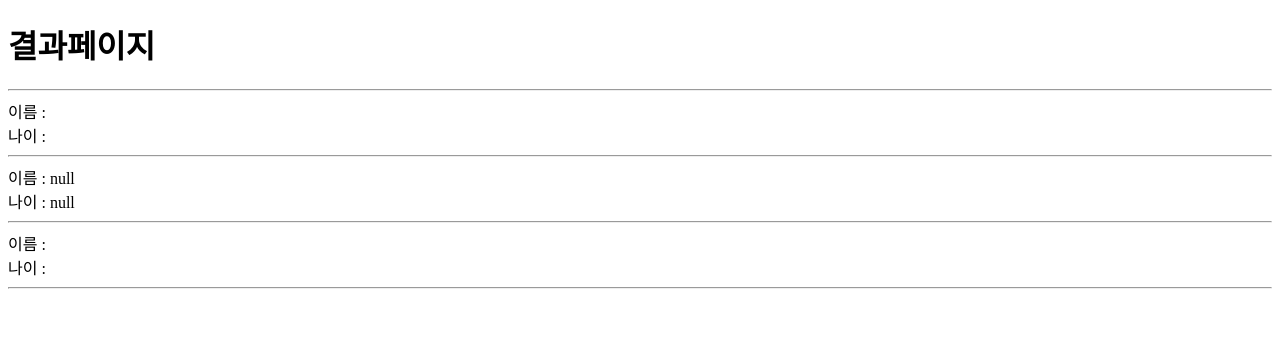
Repository: Cyoungju/workspace
Page: http://localhost/test/result
These files come from the project's save history. The page is drawn as it stood at one moment and after the next save; the edit follows.
The browser window is 1280 px wide. The pictures show the whole page.
The page is served by Tomcat 9. Other server files are loaded and not shown.

Above is the page before, as saved 2024-01-31 06:36:39.

### ws-jsp-servlet/test/src/main/webapp/result.jsp
<%@ page language="java" contentType="text/html; charset=UTF-8"
    pageEncoding="UTF-8"%>
<%
	// 자바코드를 넣어줘도됨 - 위치는 상관없음

	String name = request.getParameter("name");
	String age = request.getParameter("age");
	// <%= 변수이름(값)을 넣을때는 이렇게 변수를 만들어줘야함

	pageContext.setAttribute("name", name); // 속성값설정 - 키벨류 형태
	pageContext.setAttribute("age", age);
	// ${속성이름}= 내가정해준이름으로 데이터를 정의해주고 불러올수있음

	// pageContext
	// 페이지마다(파일마다) 저장소가 있음 - 페이지를 벗어나면 데이터가 사라짐
	// 페이지 전용저장소

	// 4대저장소
	// pageContext(페이지저장소)
	// sesstion(연결상태 - 브라우저 끄기 전까지는 유지가됨)
	// application(서비스를이용하는 모든사람들이 이용하는 공간 - 서버 돌아가는동안은 계속 유지됨)
	// ** request() - 요청이 이루어질동안유효함 - request.getRequestDispatcher("result.jsp").forward(request, response);
	// 로그인데이터 - 세션영역에 저장하는게 좋음
%>
<!DOCTYPE html>
<html>
<head>
<meta charset="UTF-8">
<title>Insert title here</title>
</head>
<body>
	<h1>결과페이지</h1>
	<hr>
	이름 : ${param.name}<br>
	나이 : ${param.age}<br>
	<!-- request에서 parameter에 있는 애들만 불러오는 방법 -->
	<hr>
	이름 : <%= name %><br>
	나이 : <%= age %><br>
	<hr>
	이름 : ${name}<br>
	나이 : ${age}<br>
	<hr>
</body>
</html>

### ws-jsp-servlet/test/src/main/java/controller/ResultServlet.java
package controller;

import java.io.IOException;
import javax.servlet.ServletException;
import javax.servlet.annotation.WebServlet;
import javax.servlet.http.HttpServlet;
import javax.servlet.http.HttpServletRequest;
import javax.servlet.http.HttpServletResponse;

/**
 * Servlet implementation class Result
 */
@WebServlet("/result")
public class ResultServlet extends HttpServlet {
	private static final long serialVersionUID = 1L;


	protected void doGet(HttpServletRequest request, HttpServletResponse response) throws ServletException, IOException {
		String name = request.getParameter("name"); //input name의 값과 동일
		String age = request.getParameter("age");
		System.out.println(name + age);

		//response.sendRedirect("result.jsp");
		//요청처리단계 - 요청위임 (포워딩)
		request.getRequestDispatcher("result.jsp").forward(request, response);
		request.setAttribute("gender", "sss");

	}



}

After the next save:
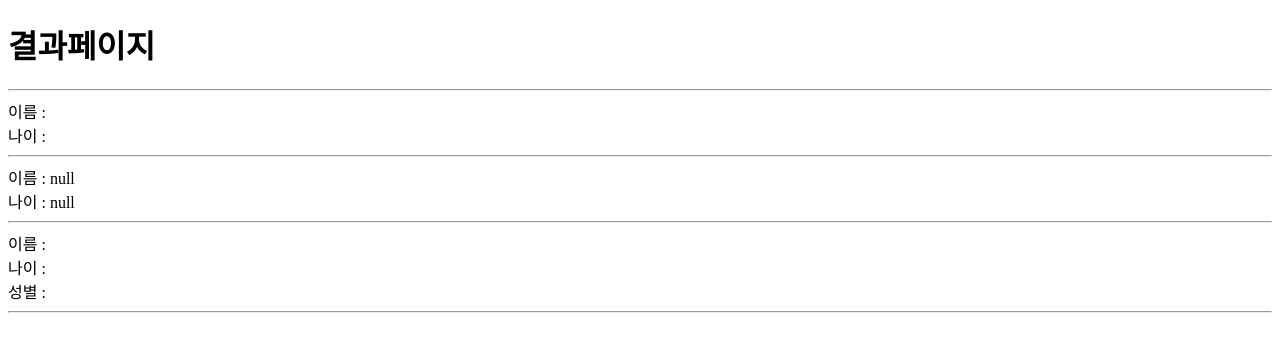
Saved 45 s later.
--- a/ws-jsp-servlet/test/src/main/webapp/result.jsp
+++ b/ws-jsp-servlet/test/src/main/webapp/result.jsp
@@ -40,6 +40,7 @@
 	<hr>
 	이름 : ${name}<br>
 	나이 : ${age}<br>
+	성별 : ${gender }
 	<hr>
 </body>
 </html>
